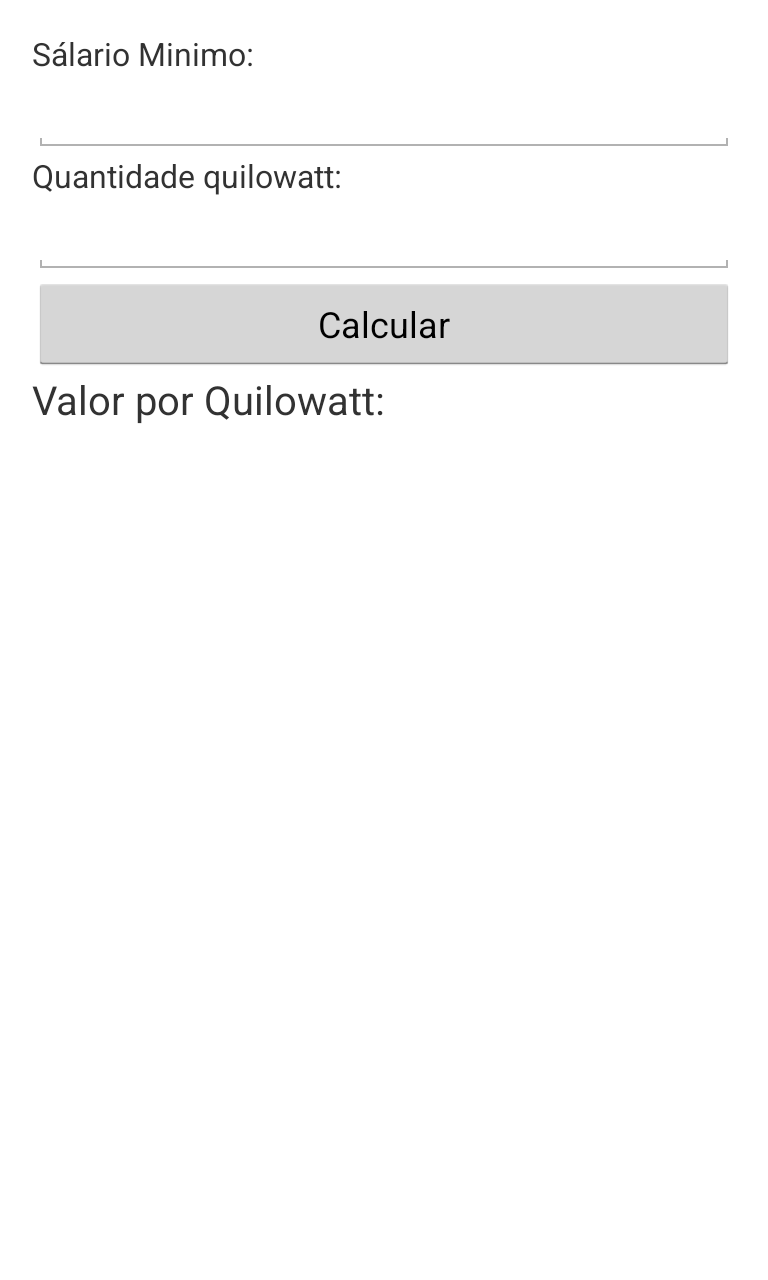
Repository: erickluz/Android
Layout: CustoQuilowatt/res/layout/activity_main.xml
The author's editor kept a copy of each file at every save. The layout is drawn from the files as they stood at one save, then again after a run of saves.
It is drawn on a 768 x 1280 px phone screen (xhdpi) without system bars, with theme AppTheme; the app's code is not run.

Above is the layout before, as saved 2016-03-15 01:46:02.

### CustoQuilowatt/res/layout/activity_main.xml
<LinearLayout xmlns:android="http://schemas.android.com/apk/res/android"
    xmlns:tools="http://schemas.android.com/tools"
    android:layout_width="match_parent"
    android:layout_height="match_parent"
    android:orientation="vertical"
    android:paddingBottom="@dimen/activity_vertical_margin"
    android:paddingLeft="@dimen/activity_horizontal_margin"
    android:paddingRight="@dimen/activity_horizontal_margin"
    android:paddingTop="@dimen/activity_vertical_margin"
    tools:context="com.erick.custoquilowatt.MainActivity" >

    <TextView
        android:layout_width="fill_parent"
        android:layout_height="wrap_content"
        android:text="@string/salMinimo"
        android:textSize="16sp" />

    <EditText
        android:id="@+id/txtSalMinimo"
        android:layout_width="fill_parent"
        android:layout_height="wrap_content"
        android:inputType="numberDecimal"
        android:labelFor="@+id/txtSalMinimo" />

    <TextView
        android:layout_width="fill_parent"
        android:layout_height="wrap_content"
        android:text="@string/qtdQuilowatt"
        android:textSize="16sp" />

    <EditText
        android:id="@+id/txtQtdQuilowatt"
        android:layout_width="fill_parent"
        android:layout_height="wrap_content"
        android:inputType="number"
        android:labelFor="@+id/txtQtdQuilowatt" />

    <Button
        android:id="@+id/btnCalcular"
        android:layout_width="fill_parent"
        android:layout_height="wrap_content"
        android:onClick="btnCalc"
        android:text="@string/btnCalc" />

    <TextView
        android:layout_width="fill_parent"
        android:layout_height="wrap_content"
        android:text="@string/quiloWatt"
        android:textSize="20sp"/>

    <TextView
        android:id="@+id/lblVlwQuiloWatt"
        android:layout_width="fill_parent"
        android:layout_height="wrap_content"
        android:textSize="20sp"/>

</LinearLayout>

### CustoQuilowatt/res/values/strings.xml
<?xml version="1.0" encoding="utf-8"?>
<resources>

    <string name="app_name">"CustoQuilowatt "</string>
    <string name="hello_world">Hello world!</string>
    <string name="action_settings">Settings</string>
    <string name="salMinimo">Sálario Minimo:</string>
    <string name="qtdQuilowatt">Quantidade quilowatt:</string>
    <string name="btnCalc">Calcular</string>
    <string name="quiloWatt">Valor por Quilowatt: </string>

</resources>

Loaded but not shown: CustoQuilowatt/res/values/styles.xml (common file); CustoQuilowatt/res/values-v11/styles.xml (common file); CustoQuilowatt/res/values-v14/styles.xml (common file); CustoQuilowatt/res/values/dimens.xml (common file); CustoQuilowatt/res/values-w820dp/dimens.xml (common file)

After the next 2 saves:
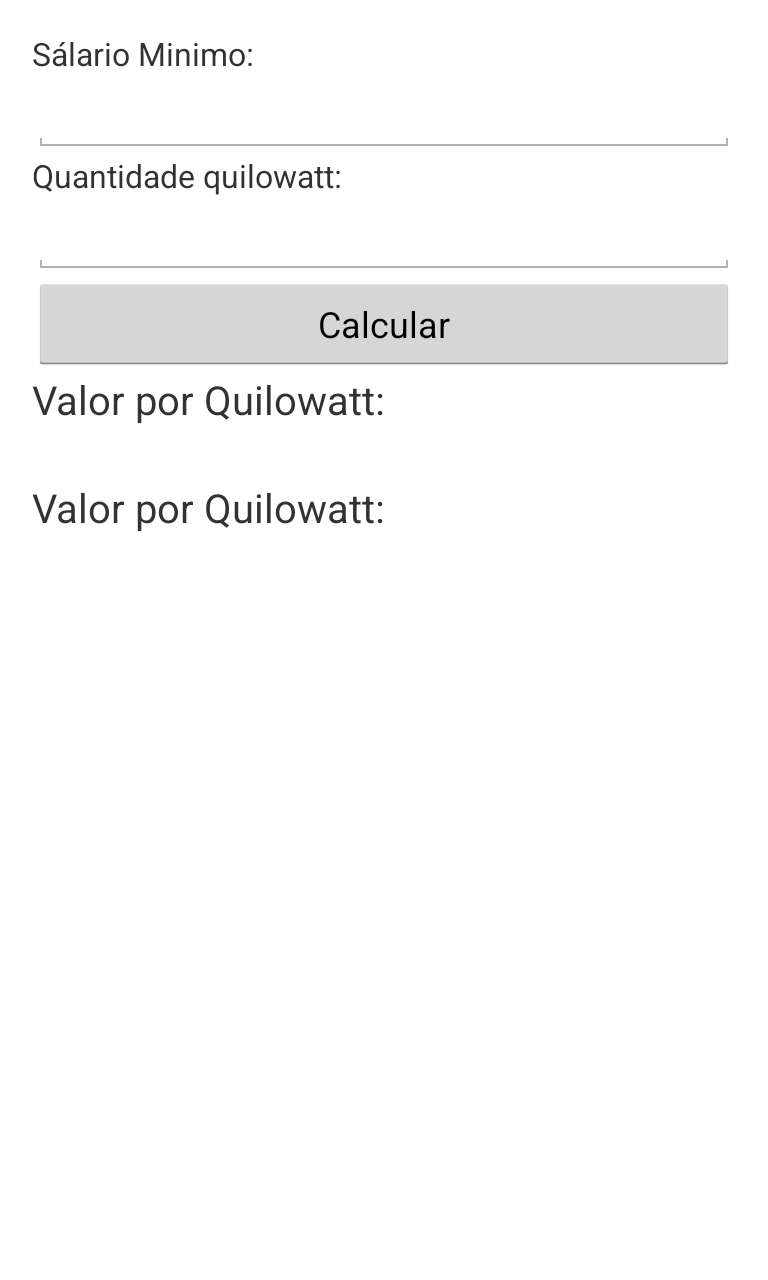
The 2 saves are shown as one change because they came seconds apart.
The last was saved 25 s later.
--- a/CustoQuilowatt/res/layout/activity_main.xml
+++ b/CustoQuilowatt/res/layout/activity_main.xml
@@ -54,4 +54,15 @@
         android:layout_height="wrap_content"
         android:textSize="20sp"/>
 
+	<TextView
+        android:layout_width="fill_parent"
+        android:layout_height="wrap_content"
+        android:text="@string/quiloWatt"
+        android:textSize="20sp"/>
+
+    <TextView
+        android:id="@+id/lblVlwQuiloWatt"
+        android:layout_width="fill_parent"
+        android:layout_height="wrap_content"
+        android:textSize="20sp"/>
 </LinearLayout>
